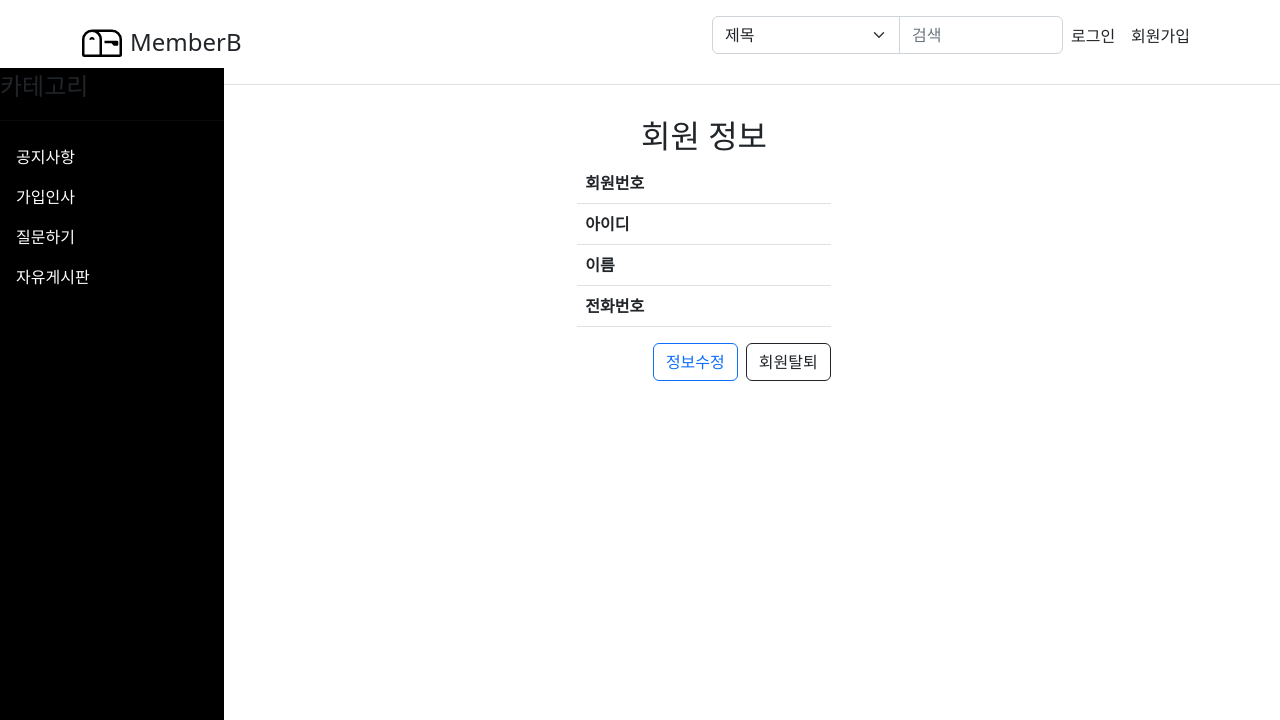
Repository: charmErin/board_220915
Page: http://localhost/board/WEB-INF/views/member/detail.jsp
The author's editor kept a copy of each file at every save. The page is drawn from the files as they stood at one save, then again after the next save.
The browser window is 1280 px wide. The pictures show the whole page.
The page is served by Tomcat 9. Nobody is signed in. The template is opened directly, without the code that normally fills it, so the values that code supplies are empty.

Above is the page before, as saved 2022-09-16 02:28:44.
Console error: SyntaxError: Unexpected token ';'

After the next save:
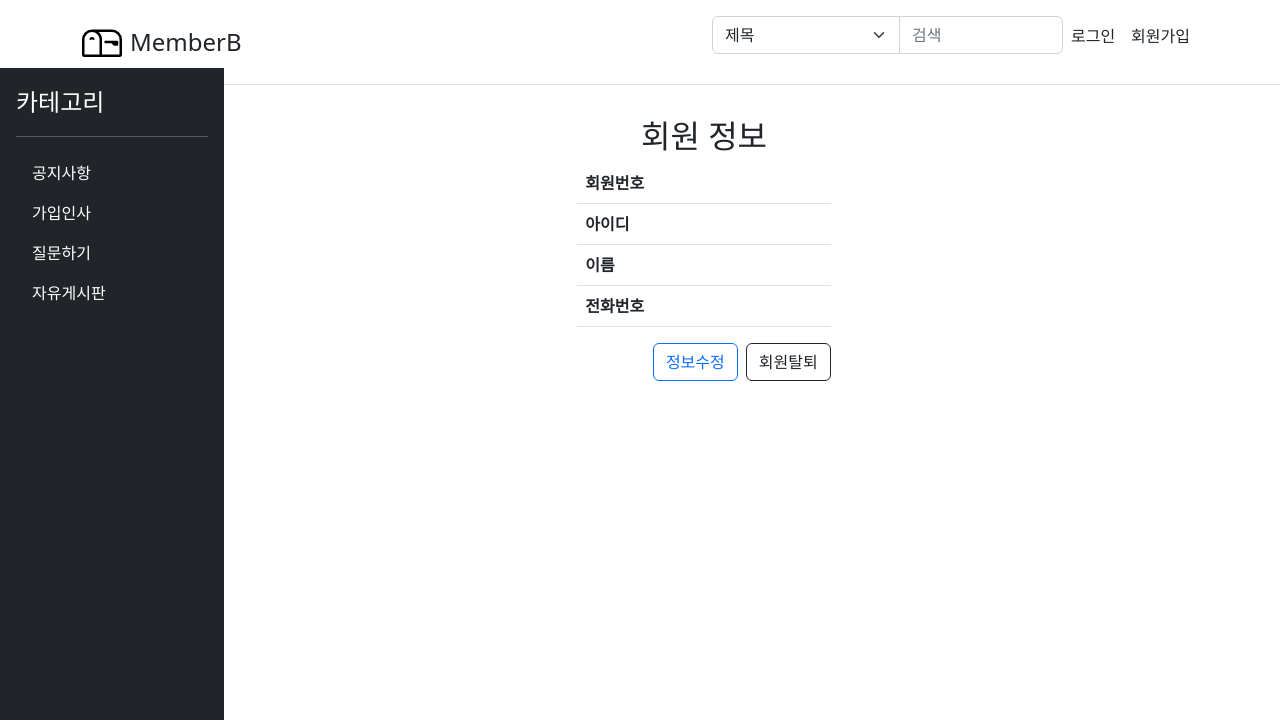
Saved 11 s later.
--- a/board/src/main/webapp/WEB-INF/views/layout/header.jsp
+++ b/board/src/main/webapp/WEB-INF/views/layout/header.jsp
@@ -14,8 +14,8 @@
 		height: 100%;
 		position: fixed;
 		display: inline !important;
-		z-index: 1 !important;
-		background-color: black;
+		z-index: 1;
+		padding: 0;
 	}
 </style>
 </head>
@@ -68,7 +68,7 @@
 				</c:choose>
 			</div>
 		</div>
-		<div class="side-bar">
+		<div class="d-flex flex-column flex-shrink-0 p-3 text-bg-dark side-bar">
 			<span class="fs-4">카테고리</span>
 			<hr>
 			<ul class="nav nav-pills flex-column mb-auto">
